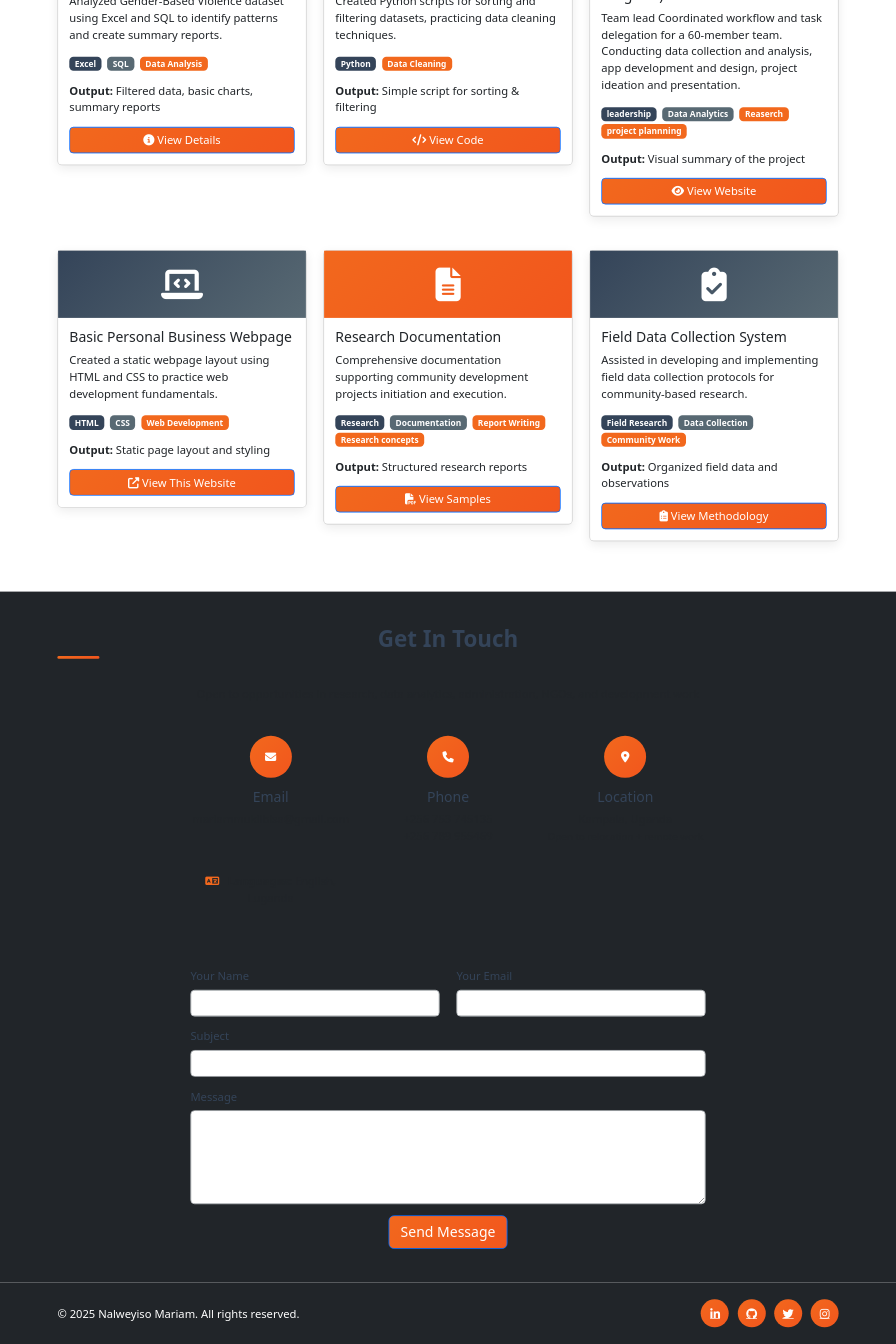
Repository: NalweMari/My-Personal-Portfolio
Page: index.html
An editor plug-in stored every save of this project. The page is shown before and after a run of saves, followed by the edit.
The browser window is 1280 px wide. The pictures show the part of the page from y = 1803 to 3723 px (the page is 3723 px tall), at 70% of full size.
A picture or video elsewhere on the page could not be fetched, so the positions and the page height are approximate.

Above is the page before, as saved 2025-12-05 17:56:50.
Console error (its wording comes from the project's code and is left out).

After the next 3 saves:
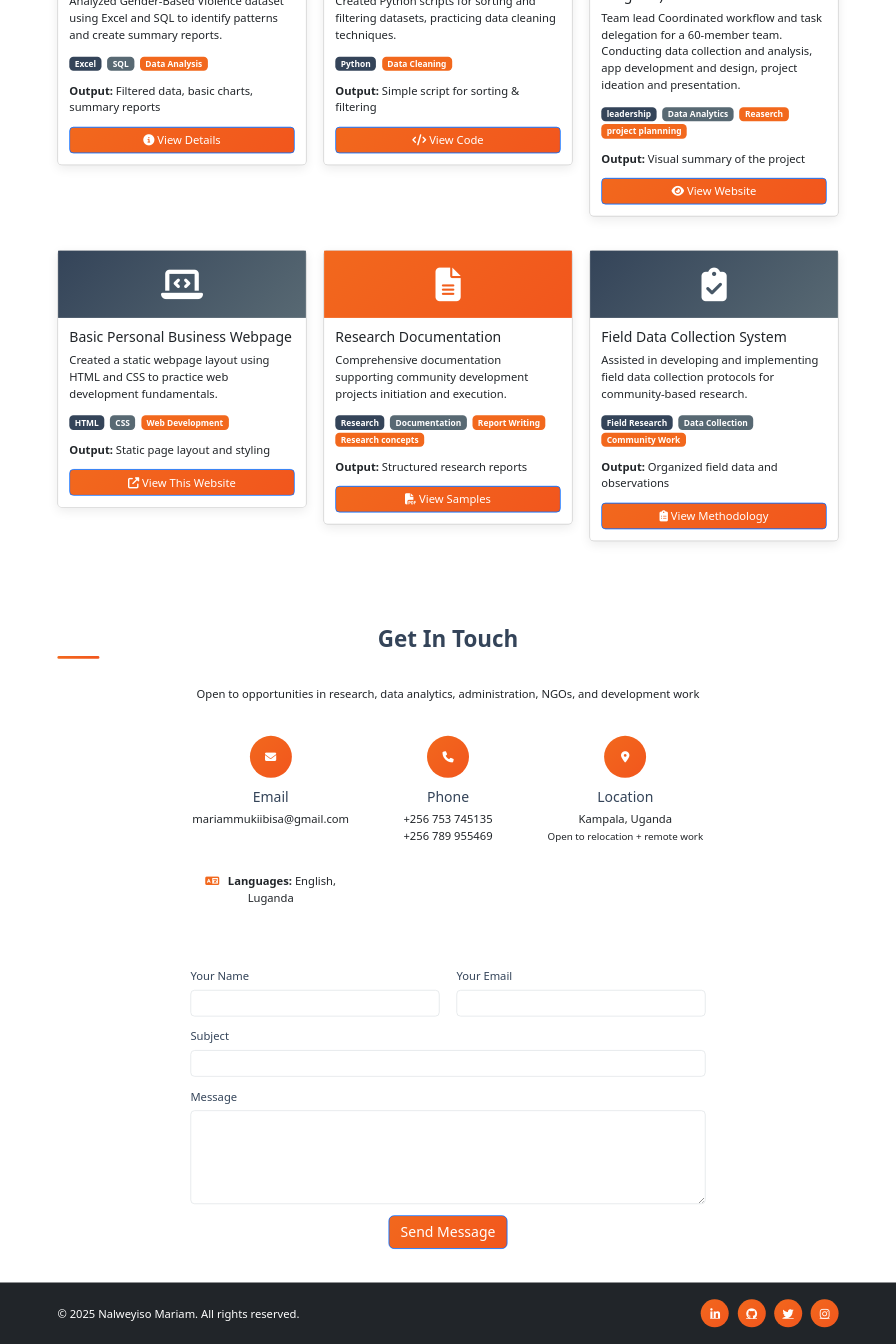
The 3 saves are shown as one change because they came seconds apart.
The last was saved 4 min 27 s later.
--- a/index.html
+++ b/index.html
@@ -333,7 +333,7 @@
     </section>
 
     <!-- Contact Section -->
-    <section id="contact" class="py-5 bg-dark">
+    <section id="contact" class="py-5 bg-li">
         <div class="container">
             <h2 class="section-title text-center">Get In Touch</h2>
             <p class="text-center mb-5">Open to opportunities in research, data analytics, administration, NGOs, and
